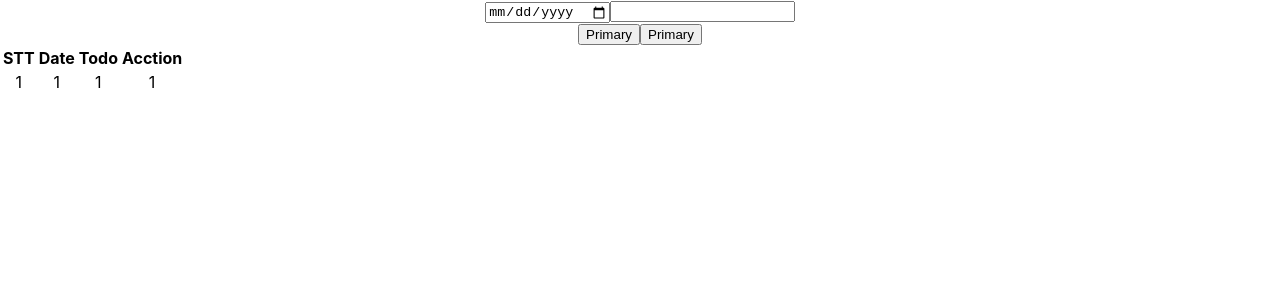
Repository: vanviet99/bietitmatit
Page: /
These files come from the project's save history. The page is drawn as it stood at one moment and after the next save; the edit follows.
The browser window is 1280 px wide. The pictures show the whole page.
The project was rebuilt for these pictures with package versions that can differ from the ones it lists, and the page was loaded fresh each time.

Above is the page before, as saved 2022-10-03 21:16:06.

### src/App.js

import React, { useState } from 'react';
import './App.css';
import data from './data';

function App() {
   const [list,setList] = useState(data)
  return (
    <div className="App">
     <React.Fragment>
     <div className="input-group mb-3">
     <input  type="date" className="form-control" aria-label="Sizing example input" aria-describedby="inputGroup-sizing-default"></input>
      <input  type="text" className="form-control" aria-label="Sizing example input" aria-describedby="inputGroup-sizing-default"></input>
    </div>
    <button type="button" class="btn btn-primary">Primary</button>
    <button type="button" class="btn btn-primary">Primary</button>
    <div>
    <table class="table">
  <thead>
    <tr>
      <th scope="col">STT</th>
      <th scope="col">Date</th>
      <th scope="col">Todo</th>
      <th scope="col">Acction</th>
    </tr>
  </thead>
  <tbody>
    <tr>
      <td>1</td>
      <td>1</td>
      <td>1</td>
      <td>1</td>
    </tr>
  </tbody>
</table>
    </div>
     </React.Fragment>
    </div>
  );
}

export default App;

### src/data.js
 let list = [
    {
        date: '2022/10/02', do: 'học react-js'
    },
    {
        date: '2022/10/03', do: 'học php'
    }
 ]

 export default list;

Loaded but not shown: src/index.js (common file); src/index.css (common file); src/reportWebVitals.js (common file); src/App.css (common file)

After the next save:
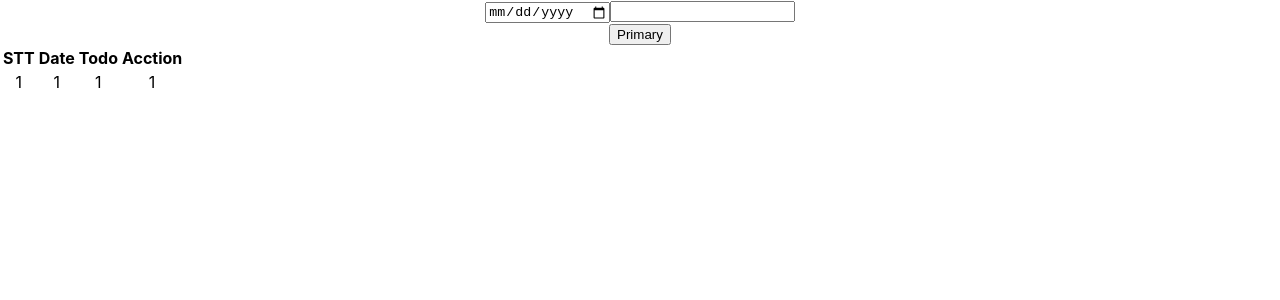
Saved 21 s later.
--- a/src/App.js
+++ b/src/App.js
@@ -12,7 +12,6 @@ function App() {
      <input  type="date" className="form-control" aria-label="Sizing example input" aria-describedby="inputGroup-sizing-default"></input>
       <input  type="text" className="form-control" aria-label="Sizing example input" aria-describedby="inputGroup-sizing-default"></input>
     </div>
-    <button type="button" class="btn btn-primary">Primary</button>
     <button type="button" class="btn btn-primary">Primary</button>
     <div>
     <table class="table">
